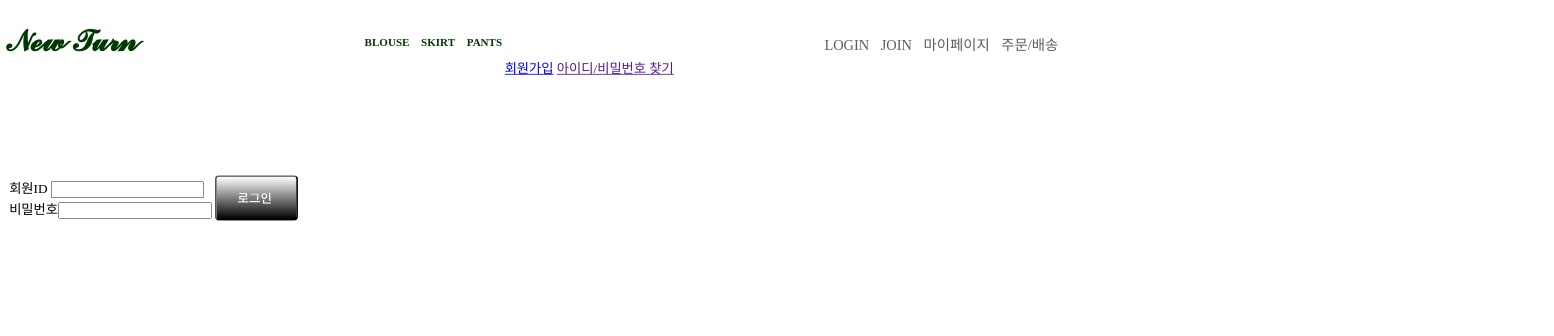
Repository: won0108/Port-Folio
Page: Creating_Homepage/Shopping/WebContent/Login.html
An editor plug-in stored every save of this project. The page is shown before and after the next save, followed by the edit.
The browser window is 1280 px wide. The page is 1872 px wide, so the pictures cover 1872 px, including what lies to the right of the window. The pictures show the whole page, at 83% of full size.

Above is the page before, as saved 2020-12-03 06:52:30.

After the next save:
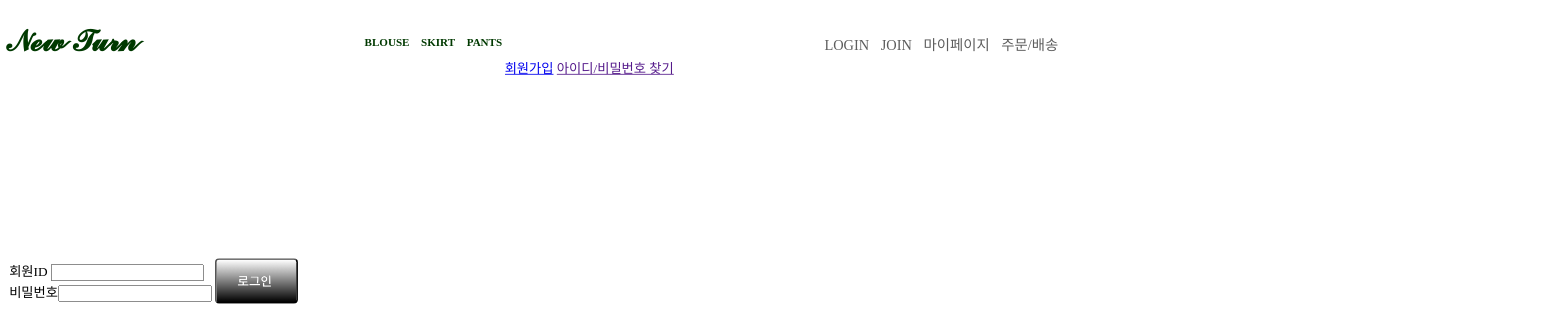
Saved 6 s later.
--- a/Creating_Homepage/Shopping/WebContent/Login.html
+++ b/Creating_Homepage/Shopping/WebContent/Login.html
@@ -89,7 +89,7 @@ border-radius:5px;
 			<li><a href="pants.html">PANTS</a></li>
 		</ul>
 	</div>
-  	<table style="position:relative; top: 200px;">
+  	<table style="position:relative; top: 300px;">
 	  	<tr>
 	  		<td>회원ID <input type="text" name="id">
 	  		<br>비밀번호<input type="password" name="pass"></td>
